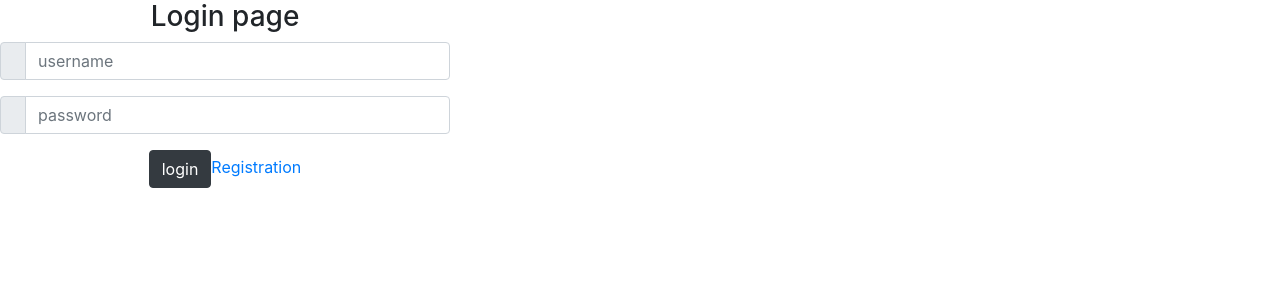
Repository: vishnushelke/LoginPage
Page: http://localhost/MyLoginPage/Login.jsp
These files come from the project's save history. The page is drawn as it stood at one moment and after the next save; the edit follows.
The browser window is 1280 px wide. The pictures show the whole page.
The page is served by Tomcat 9. Other server files are loaded and not shown.

Above is the page before, as saved 2019-10-10 09:28:49.

### MyLoginPage/WebContent/Login.jsp
<%@ page language="java" contentType="text/html; charset=UTF-8"
	pageEncoding="UTF-8"%>
<!DOCTYPE html>
<html>
<head>
<meta charset="UTF-8">
<title>Insert title here</title>
<link rel="stylesheet"
	href="https://maxcdn.bootstrapcdn.com/bootstrap/4.3.1/css/bootstrap.min.css">
<script
	src="https://ajax.googleapis.com/ajax/libs/jquery/3.4.1/jquery.min.js"></script>
<script
	src="https://cdnjs.cloudflare.com/ajax/libs/popper.js/1.14.7/umd/popper.min.js"></script>
<script
	src="https://maxcdn.bootstrapcdn.com/bootstrap/4.3.1/js/bootstrap.min.js"></script>
</head>
<body>
	<form action="login" method="post">
		<div style='text-align: center'>
			<fieldset style="width: 450px">
				<h3>Login page</h3>
				<div class="input-group mb-3" align="left">
					<div class="input-group-prepend">
						<span class="input-group-text" id="basic-addon1"></span>
					</div>
					<input type="text" class="form-control" name="username"
						placeholder="username" aria-label="username"
						aria-describedby="basic-addon1">
				</div>
				<div class="input-group mb-3" align="center">
					<div class="input-group-prepend">
						<span class="input-group-text" id="basic-addon1"></span>
					</div>
					<input type="password" class="form-control" name="password"
						placeholder="password" aria-label="password"
						aria-describedby="basic-addon1">
				</div>

				<input type="submit" value="login" class="btn btn-dark"><a
					href="register.jsp">Registration</a>
			</fieldset>
		</div>
	</form>

</body>


</html>

After the next save:
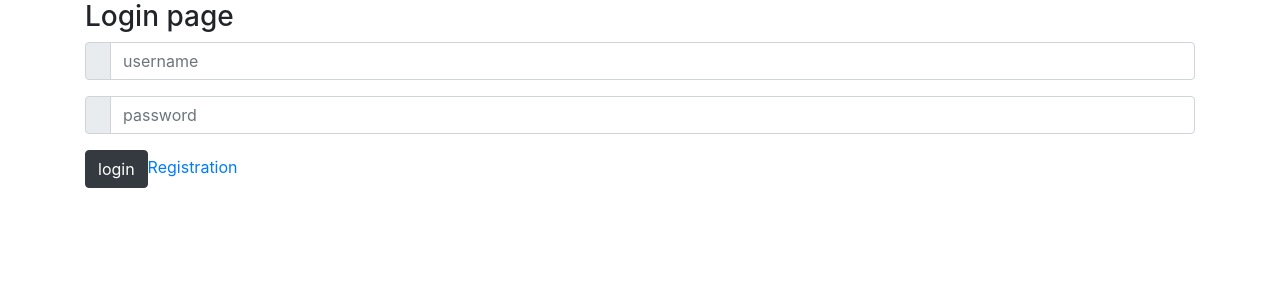
Saved 50 s later.
--- a/MyLoginPage/WebContent/Login.jsp
+++ b/MyLoginPage/WebContent/Login.jsp
@@ -16,7 +16,7 @@
 </head>
 <body>
 	<form action="login" method="post">
-		<div style='text-align: center'>
+		<div class="container style='text-align: center'>
 			<fieldset style="width: 450px">
 				<h3>Login page</h3>
 				<div class="input-group mb-3" align="left">
